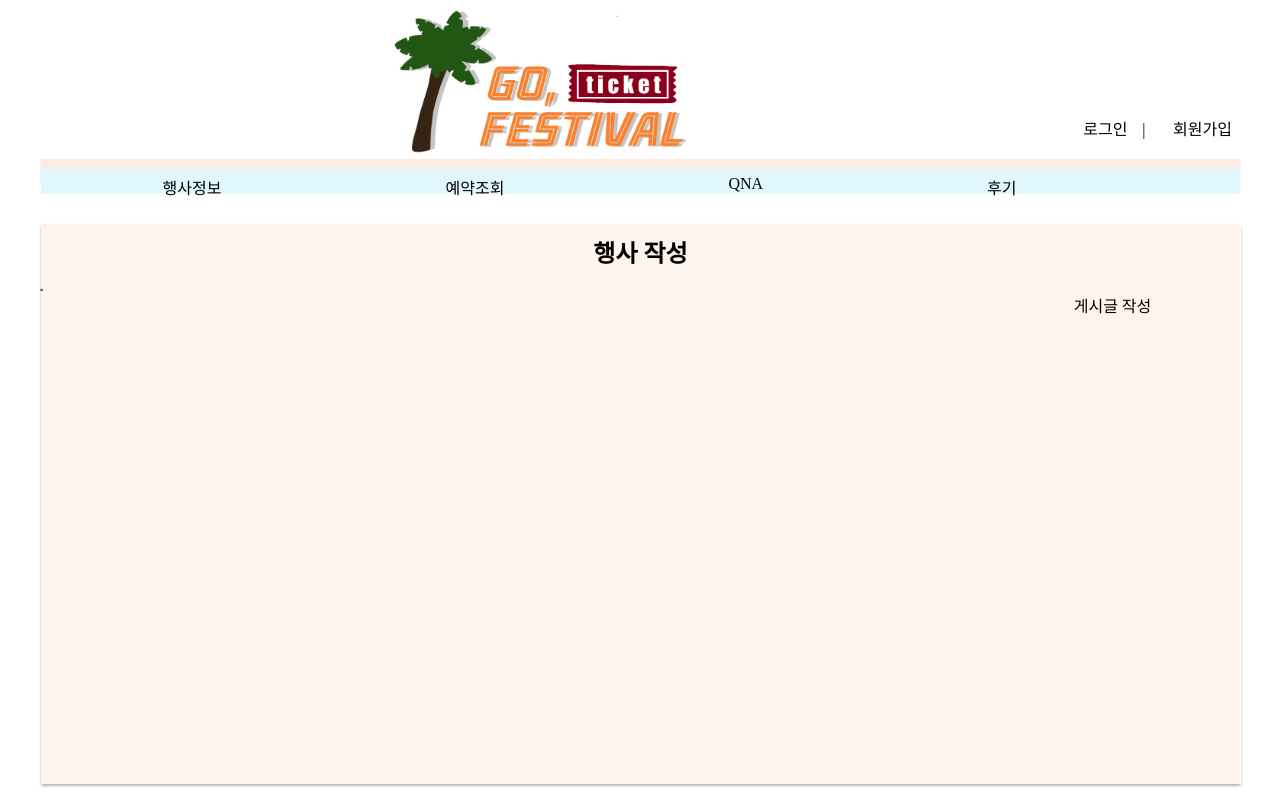
Repository: Changgyu1/Chang_Gu
Page: http://localhost/Project/Event_List.jsp
These files come from the project's save history. The page is drawn as it stood at one moment and after the next save; the edit follows.
The browser window is 1280 px wide. The pictures show the whole page.
Some web fonts or font styles are not loaded; a fallback is used. The page is served by Tomcat 9. Queries for data that is not in the repository find no rows.

Above is the page before, as saved 2023-11-14 05:33:15.

After the next save:
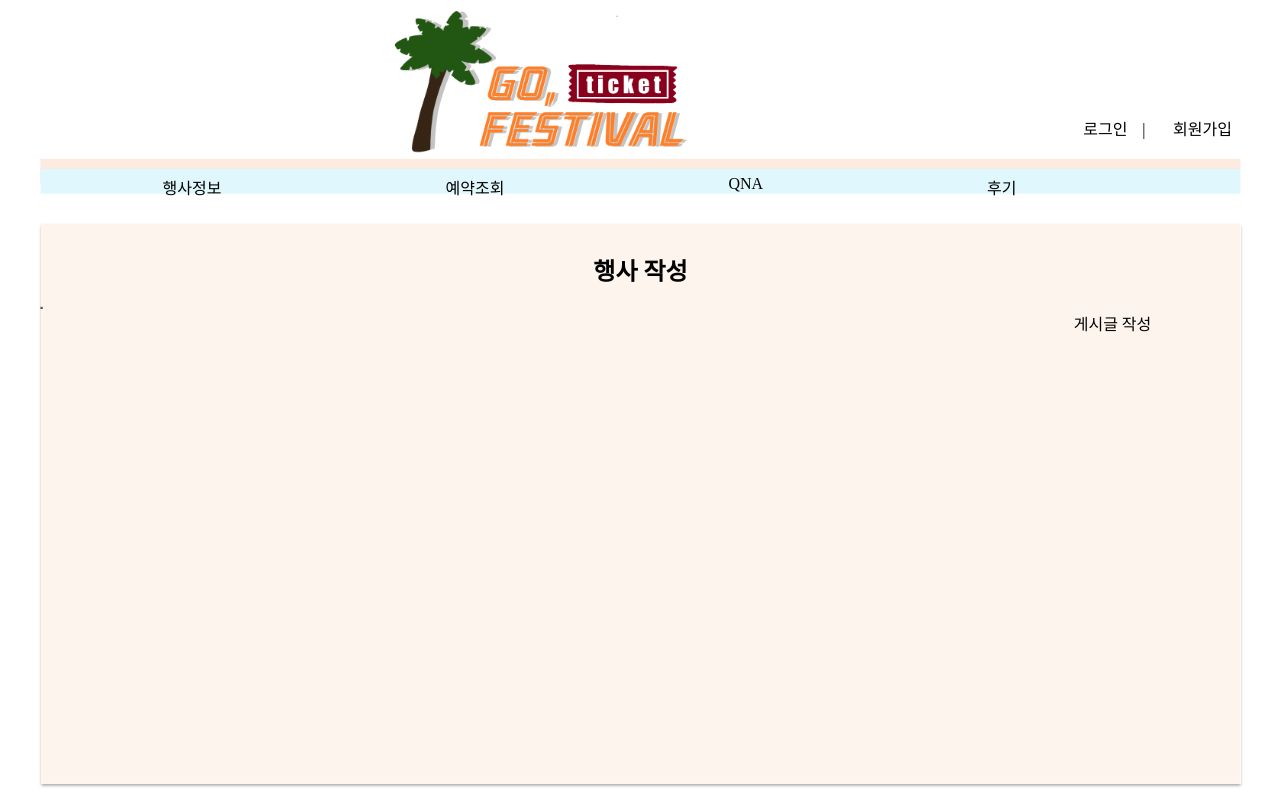
Saved 4 s later.
--- a/Project/src/main/webapp/Event_List.jsp
+++ b/Project/src/main/webapp/Event_List.jsp
@@ -81,7 +81,7 @@
 
 		<!-- 가운데 가장 큰 박스 -->
 		<div id="background">
-
+			<img src="">
 			<h2>행사 작성</h2>
 			<div class="add-event">
 			<button type="button" class="add-event"
